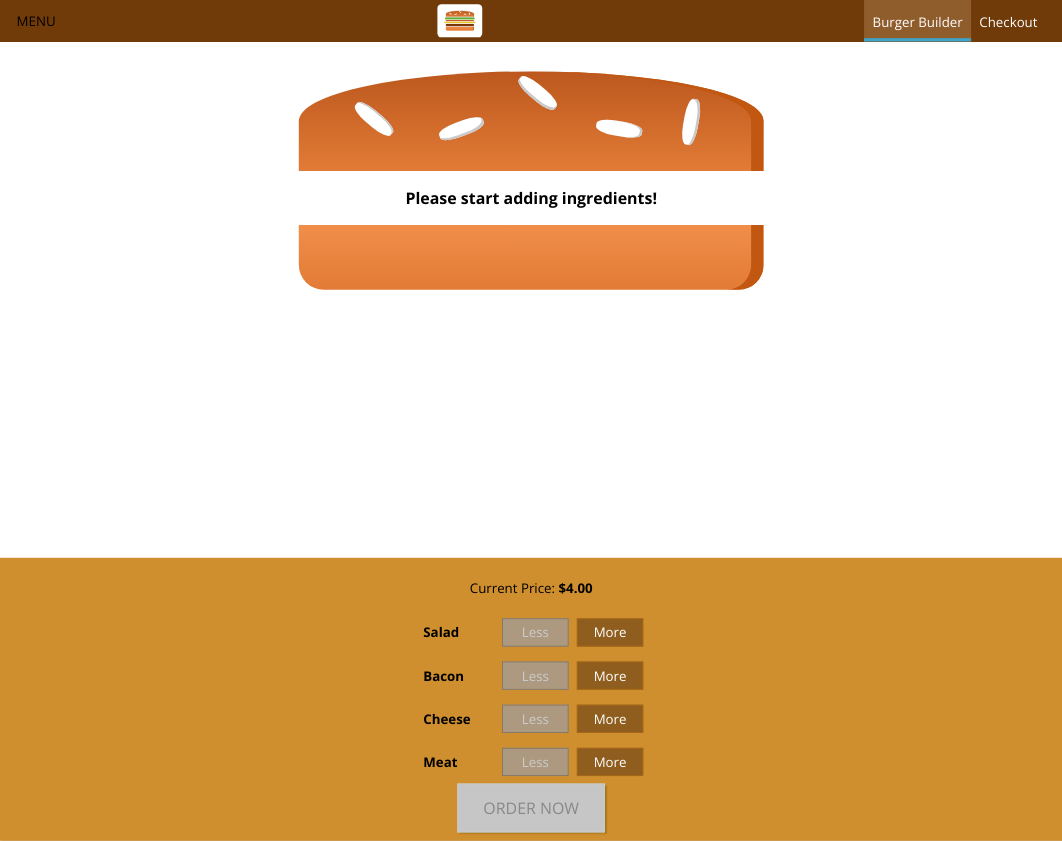
Repository: AbdulMutaal/Burger-Builder
Page: /
The author's editor kept a copy of each file at every save. The page is drawn from the files as they stood at one save, then again after the next save.
The browser window is 1280 px wide. The pictures show the whole page, at 83% of full size.
The project was rebuilt for these pictures with package versions that can differ from the ones it lists, and the page was loaded fresh each time. Also part of the build but not shown: src/components/UI/Backdrop/Backdrop.module.css, src/components/UI/Backdrop/Backdrop.js, src/components/Navigation/SideDrawer/SideDrawer.module.css.

Above is the page before, as saved 2021-12-08 12:21:02.

### src/index.css
body {
  margin: 0;
  font-family: "Open Sans", sans-serif;
}

### src/App.js
import Layout from './components/Layout/Layout';
import BurgerBuilder from './containers/BurgerBuilder/BurgerBuilder';

function App() {
  return (
    <div>
      <Layout>
        <BurgerBuilder />
      </Layout>
    </div>
  );
}

export default App;

### src/components/Layout/Layout.js
import React from 'react';

import Auxiliary from '../../hoc/Auxiliary';
import classes from './Layout.module.css';
import Toolbar from '../Navigation/Toolbar/Toolbar';

const layout = ( props ) => (
    <Auxiliary>
        <Toolbar />
        <main className={classes.Content}>
            {props.children}
        </main>
    </Auxiliary>
);

export default layout;

### src/containers/BurgerBuilder/BurgerBuilder.js
import React, { Component } from 'react';

import Auxiliary from '../../hoc/Auxiliary';
import Burger from '../../components/Burger/Burger';
import BuildControls from '../../components/Burger/BuildControls/BuildControls';
import Modal from '../../components/UI/Modal/Modal';
import OrderSummary from '../../components/Burger/OrderSummary/OrderSummary';

const INGREDIENT_PRICES = {
    salad: 0.5,
    cheese: 0.4,
    meat: 1.3,
    bacon: 0.7
};

class BurgerBuilder extends Component {
    state = {
        ingredients: {
            salad: 0,
            bacon: 0,
            cheese: 0,
            meat: 0
        },
        totalPrice: 4,
        purchasable: false,
        purchasing: false
    }

    updatePurchaseState (ingredients) {
        const sum = Object.keys(ingredients)
            .map(igKey => {
                return ingredients[igKey];
            })
            .reduce((sum, el) => {
                return sum + el;
            }, 0);
        this.setState({purchasable: sum > 0});
    }

    addIngredientHandler = (type) => {
        const oldCount = this.state.ingredients[type];
        const updatedCount = oldCount + 1;
        const updateIngredients = {
            ...this.state.ingredients
        };
        updateIngredients[type] = updatedCount;

        const priceAddition = INGREDIENT_PRICES[type];
        const oldPrice = this.state.totalPrice;
        const newPrice = oldPrice + priceAddition;
        this.setState({totalPrice: newPrice, ingredients: updateIngredients});
        this.updatePurchaseState(updateIngredients);
    }

    removeIngredientHandler = (type) => {
        const oldCount = this.state.ingredients[type];

        if (oldCount <= 0) {
            return;
        }

        const updatedCount = oldCount - 1;
        const updateIngredients = {
            ...this.state.ingredients
        };
        updateIngredients[type] = updatedCount;

        const priceDeduction = INGREDIENT_PRICES[type];
        const oldPrice = this.state.totalPrice;
        const newPrice = oldPrice - priceDeduction;
        this.setState({totalPrice: newPrice, ingredients: updateIngredients});
        this.updatePurchaseState(updateIngredients);
    }

    purchaseHandler = () => {
        this.setState({purchasing: true});
    }

    purchaseCancelHandler = () => {
        this.setState({purchasing: false});
    }

    purchaseContinueHandler = () => {
        alert('You continue');
    }

    render () {
        const disabledInfo = {
            ...this.state.ingredients
        };

        for (let key in disabledInfo) {
            disabledInfo[key] = disabledInfo[key] <= 0
        }

        return (
            <Auxiliary>
                <Modal show={this.state.purchasing} modalClosed={this.purchaseCancelHandler}>
                    <OrderSummary
                        ingredients={this.state.ingredients}
                        price={this.state.totalPrice}
                        purchaseCancelled={this.purchaseCancelHandler}
                        purchaseContinue={this.purchaseContinueHandler} />
                </Modal>
                <Burger ingredients={this.state.ingredients} />
                <BuildControls
                    ingredientAdded={this.addIngredientHandler}
                    ingredientRemoved={this.removeIngredientHandler}
                    disabled={disabledInfo}
                    ordered={this.purchaseHandler}
                    purchasable={this.state.purchasable}
                    price={this.state.totalPrice} />
            </Auxiliary>
        );
    }
}

export default BurgerBuilder;

### src/components/Navigation/Toolbar/Toolbar.js
import React from 'react';

import classes from './Toolbar.module.css';
import Logo from '../../Logo/Logo';
import NavigationItems from '../NavigationItems/NavigationItems';

const toolbar = (props) => (
    <header className={classes.Toolbar}>
        <div>MENU</div>
        <Logo />
        <nav>
            <NavigationItems />
        </nav>
    </header>
);

export default toolbar;

### src/components/Burger/Burger.js
import React from 'react';

import classes from './Burger.module.css';
import BurgerIngredient from './BurgerIngredient/BurgerIngredient';

const burger = (props) => {
    let transformedIngredients = Object.keys(props.ingredients)
        .map(igKey => {
            return [...Array(props.ingredients[igKey])].map((_, i) => {
                return <BurgerIngredient key={igKey + i} type={igKey} />;
            });
        })
        .reduce((arr, el) => {
            return arr.concat(el)
        }, []);
    console.log(transformedIngredients);

    if (transformedIngredients.length === 0) {
        transformedIngredients = <p>Please start adding ingredients!</p>;
    }

    return (
        <div className={classes.Burger}>
            <BurgerIngredient type="bread-top" />
                { transformedIngredients }
            <BurgerIngredient type="bread-bottom" />
        </div>
    );
};

export default burger;

### src/components/Burger/BuildControls/BuildControls.js
import React from 'react';

import classes from './BuildControls.module.css';
import BuildControl from './BuildControl/BuildControl';

const controls = [
    { label: 'Salad', type: 'salad'},
    { label: 'Bacon', type: 'bacon'},
    { label: 'Cheese', type: 'cheese'},
    { label: 'Meat', type: 'meat'}
];

const buildControls = (props) => (
    <div className={classes.BuildControls}>
        <p>Current Price: <strong>${props.price.toFixed(2)}</strong></p>
        {controls.map(ctrl => (
            <BuildControl
                key={ctrl.label}
                label={ctrl.label}
                added={() => props.ingredientAdded(ctrl.type)}
                removed={() => props.ingredientRemoved(ctrl.type)}
                disabled={props.disabled[ctrl.type]} />
        ))}
        <button
            className={classes.OrderButton}
                disabled={!props.purchasable}
                onClick={props.ordered}>ORDER NOW</button>
    </div>
);

export default buildControls;

### src/components/UI/Modal/Modal.js
import React from 'react';

import classes from './Modal.module.css';
import Auxiliary from '../../../hoc/Auxiliary';
import Backdrop from '../Backdrop/Backdrop';

const modal = (props) => (
    <Auxiliary>
        <Backdrop show={props.show} clicked={props.modalClosed} />
        <div
            className={classes.Modal}
            style={{
                transform: props.show ? 'translateY(0)' : 'translateY(-100vh)',
                opacity: props.show ? '1' : '0'
            }}>
            {props.children}
        </div>
    </Auxiliary>
);

export default modal;

### src/components/Burger/OrderSummary/OrderSummary.js
import React from 'react';

import Auxiliary from '../../../hoc/Auxiliary';
import Button from '../../UI/Button/Button';

const orderSummary = (props) => {
    const ingredientSummary = Object.keys(props.ingredients).map((igKey) => {
        return (
            <li key={igKey}>
                <span style={{textTransform: 'capitalize'}}>{igKey}</span>: {props.ingredients[igKey]}
            </li>);

        });
    return (
        <Auxiliary>
            <h3>Your Order</h3>
            <p>A delicious burger with the following ingredients:</p>
            <ul>
                {ingredientSummary}
            </ul>
            <p><strong>Total Price: ${props.price.toFixed(2)}</strong></p>
            <p>Continue to checkout</p>
            <Button btnType="Danger" clicked={props.purchaseCancelled}>CANCEL</Button>
            <Button btnType="Success" clicked={props.purchaseContinue}>CONTINUE</Button>
        </Auxiliary>
    );
};

export default orderSummary;

### src/components/Navigation/Toolbar/Toolbar.module.css
.Toolbar {
    height: 50px;
    width: 100%;
    position: fixed;
    top: 0;
    left: 0;
    background-color: #703b09;
    display: flex;
    justify-content: space-between;
    align-items: center;
    padding: 0 20px;
    box-sizing: border-box;
    z-index: 90;
}

.Toolbar nav {
    height: 100%;
}

### src/components/Logo/Logo.js
import React from 'react';

import burgerLogo from '../../assets/images/burger-logo.png';
import classes from './Logo.module.css';

const logo = (props) => (
    <div className={classes.Logo}>
        <img src={burgerLogo} alt="MyBurger" />
    </div>
);

export default logo;

### src/components/Navigation/NavigationItems/NavigationItems.js
import React from 'react';

import classes from './NavigationItems.module.css';
import NavigationItem from './NavigationItem/NavigationItem';

const navigationItems = () => (
    <ul className={classes.NavigationItems}>
        <NavigationItem link="/" active>Burger Builder</NavigationItem>
        <NavigationItem link="/">Checkout</NavigationItem>
    </ul>
);

export default navigationItems;

### src/components/Burger/BurgerIngredient/BurgerIngredient.js
import React from 'react';
import PropTypes from 'prop-types';

import classes from './BurgerIngredient.module.css';

const burgerIngredient = (props) => {
    let ingredient = null;

    switch (props.type) {
        case ('bread-bottom'):
            ingredient = <div className={classes.BreadBottom}></div>;
            break;
        case ('bread-top'):
            ingredient = (
                <div className={classes.BreadTop}>
                    <div className={classes.Seeds1}></div>
                    <div className={classes.Seeds2}></div>
                </div>
            );
            break;
        case ('meat'):
            ingredient = <div className={classes.Meat}></div>;
            break;
        case ('cheese'):
            ingredient = <div className={classes.Cheese}></div>;
            break;
        case ('bacon'):
            ingredient = <div className={classes.Bacon}></div>;
            break;
        case ('salad'):
            ingredient = <div className={classes.Salad}></div>;
            break;
        default:
            ingredient = null;
    }

    return ingredient;
};

burgerIngredient.propTypes = {
    type: PropTypes.string.isRequired
};

export default burgerIngredient;

### src/components/Burger/BuildControls/BuildControls.module.css
.BuildControls {
    width: 100%;
    background-color: #cf8f2e;
    display: flex;
    flex-flow: column;
    align-items: center;
    box-shadow: 0 2px 1px #ccc;
    margin: auto;
    padding: 10px 0;
}


.OrderButton {
    background-color: #DAD735;
    outline: none;
    cursor: pointer;
    border: 1px solid #966909;
    color: #966909;
    font-family: inherit;
    font-size: 1.2em;
    padding: 15px 30px;
    box-shadow: 2px 2px 2px #966909;
}

.OrderButton:hover, .OrderButton:active {
    background-color: #A0DB41;
    border: 1px solid #966909;
    color: #966909;
}

.OrderButton:disabled {
    background-color: #C7C6C6;
    cursor: not-allowed;
    border: 1px solid #ccc;
    color: #888888;
}

.OrderButton:not(:disabled) {
    animation: enable 0.3s linear;
}

@keyframes enable {
    0% {
        transform: scale(1);
    }
    60% {
        transform: scale(1.1);
    }
    100% {
        transform: scale(1);
    }
}

### src/components/Burger/BuildControls/BuildControl/BuildControl.js
import React from 'react';

import classes from './BuildControl.module.css';

const buildControl = (props) =>  (
    <div className={classes.BuildControl}>
        <div className={classes.Label}>{props.label}</div>
        <button className={classes.Less} onClick={props.removed} disabled={props.disabled}>Less</button>
        <button className={classes.More} onClick={props.added}>More</button>
    </div>
)

export default buildControl;

### src/components/UI/Button/Button.js
import React from 'react';

import classes from './Button.module.css';

const button = (props) => (
    <button
        className={[classes.Button, classes[props.btnType]].join(' ')}
        onClick={props.clicked}>{props.children}</button>
);

export default button;

### src/components/Navigation/NavigationItems/NavigationItem/NavigationItem.js
import React from 'react';

import classes from './NavigationItem.module.css';

const navigationItem = (props) => (
    <li className={classes.NavigationItem}>
        <a
            href={props.link}
            className={props.active ? classes.active : null}>{props.children}</a>
    </li>
);

export default navigationItem;

### src/components/Burger/BurgerIngredient/BurgerIngredient.module.css
.BreadBottom {
    height: 13%;
    width: 80%;
    background: linear-gradient(#F08E4A, #e27b36);
    border-radius: 0 0 30px 30px;
    box-shadow: inset -15px 0 #c15711;
    margin: 2% auto;
}

.BreadTop {
    height: 20%;
    width: 80%;
    background: linear-gradient(#bc581e, #e27b36);
    border-radius: 50% 50% 0 0;
    box-shadow: inset -15px 0 #c15711;
    margin: 2% auto;
    position: relative;
}

.Seeds1 {
    width: 10%;
    height: 15%;
    position: absolute;
    background-color: white;
    left: 30%;
    top: 50%;
    border-radius: 40%;
    transform: rotate(-20deg);
    box-shadow: inset -2px -3px #c9c9c9;
}

.Seeds1:after {
    content: "";
    width: 100%;
    height: 100%;
    position: absolute;
    background-color: white;
    left: -170%;
    top: -260%;
    border-radius: 40%;
    transform: rotate(60deg);
    box-shadow: inset -1px 2px #c9c9c9;
  }

.Seeds1:before {
    content: "";
    width: 100%;
    height: 100%;
    position: absolute;
    background-color: white;
    left: 180%;
    top: -50%;
    border-radius: 40%;
    transform: rotate(60deg);
    box-shadow: inset -1px -3px #c9c9c9;
  }

  .Seeds2 {
    width: 10%;
    height: 15%;
    position: absolute;
    background-color: white;
    left: 64%;
    top: 50%;
    border-radius: 40%;
    transform: rotate(10deg);
    box-shadow: inset -3px 0 #c9c9c9;
  }

  .Seeds2:before {
    content: "";
    width: 100%;
    height: 100%;
    position: absolute;
    background-color: white;
    left: 150%;
    top: -130%;
    border-radius: 40%;
    transform: rotate(90deg);
    box-shadow: inset 1px 3px #c9c9c9;
  }


.Meat {
    width: 80%;
    height: 8%;
    background: linear-gradient(#7f3608, #702e05);
    margin: 2% auto;
    border-radius: 15px;
}

.Cheese {
    width: 90%;
    height: 4.5%;
    margin: 2% auto;
    background: linear-gradient(#f4d004, #d6bb22);
    border-radius: 20px;
}

.Salad {
    width: 85%;
    height: 7%;
    margin: 2% auto;
    background: linear-gradient(#228c1d, #91ce50);
    border-radius: 20px;
}

.Bacon {
    width: 80%;
    height: 3%;
    background: linear-gradient(#bf3813, #c45e38);
    margin: 2% auto;
}

### src/components/Burger/BuildControls/BuildControl/BuildControl.module.css
.BuildControl {
    display: flex;
    justify-content: space-between;
    align-items: center;
    margin: 5px 0;
}

.BuildControl button {
    display: block;
    font: inherit;
    padding: 5px;
    margin: 0 5px;
    width: 80px;
    border: 1px solid #AA6817;
    cursor: pointer;
    outline: none;
}

.BuildControl button:disabled {
    background-color: #AC9980;
    border: 1px solid #7E7365;
    color: #ccc;
    cursor: default;
}

.BuildControl button:hover:disabled {
    background-color: #AC9980;
    color: #ccc;
    cursor: not-allowed;
}

.Label {
    padding: 10px;
    font-weight: bold;
    width: 80px;
}

.BuildControl .Less {
    background-color: #D39952;
    color: white;
}

.BuildControl .More {
    background-color: #8F5E1E;
    color: white;
}

.BuildControl .Less:hover, .BuildControl .Less:active {
    background-color: #DAA972;
    color: white;
}

.BuildControl .More:hover,.BuildControl .More:active {
    background-color: #99703F;
    color: white;
}

### src/components/Navigation/NavigationItems/NavigationItem/NavigationItem.module.css
.NavigationItem {
    margin: 0;
    box-sizing: border-box;
    display: flex;
    height: 100%;
    align-items: center;
}

.NavigationItem a {
    color: white;
    text-decoration: none;
    height: 100%;
    padding: 16px 10px;
    border-bottom: 4px solid transparent;
    box-sizing: border-box;
    display: block;
}

.NavigationItem a:hover,
.NavigationItem a:active,
.NavigationItem a.active {
    background-color: #8f5c2c;
    border-bottom: 4px solid #40a4c8;
    color: white;
}

### src/components/Navigation/SideDrawer/SideDrawer.js
import React from 'react';

import Logo from '../../Logo/Logo';
import NavigationItems from '../NavigationItems/NavigationItems';
import classes from './SideDrawer.module.css';

const sideDrawer = (props) => {
    return (
        <div className={classes.SideDrawer}>
            <Logo />
            <nav>
                <NavigationItems />
            </nav>
        </div>
    );
}

export default sideDrawer;

Loaded but not shown: public/index.html (common file); src/index.js (common file); src/reportWebVitals.js (common file); src/hoc/Auxiliary.js (common file); src/components/Layout/Layout.module.css (common file); src/components/Burger/Burger.module.css (common file); src/components/UI/Modal/Modal.module.css (common file); src/components/Logo/Logo.module.css (common file); src/components/Navigation/NavigationItems/NavigationItems.module.css (common file); src/components/UI/Button/Button.module.css (common file)

After the next save:
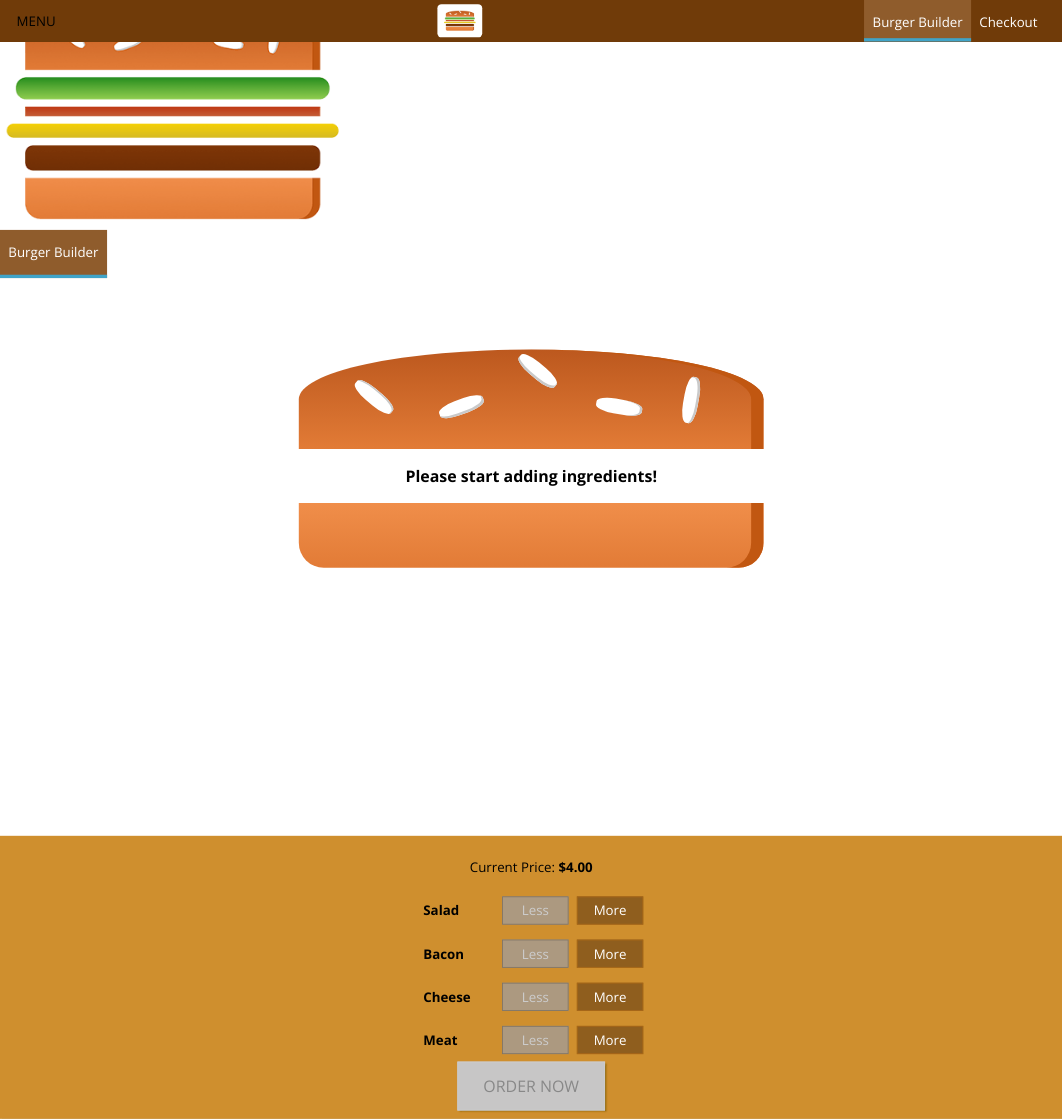
Saved 47 s later.
--- a/src/components/Layout/Layout.js
+++ b/src/components/Layout/Layout.js
@@ -3,10 +3,12 @@ import React from 'react';
 import Auxiliary from '../../hoc/Auxiliary';
 import classes from './Layout.module.css';
 import Toolbar from '../Navigation/Toolbar/Toolbar';
+import SideDrawer from '../Navigation/SideDrawer/SideDrawer';
 
 const layout = ( props ) => (
     <Auxiliary>
         <Toolbar />
+        <SideDrawer />
         <main className={classes.Content}>
             {props.children}
         </main>
